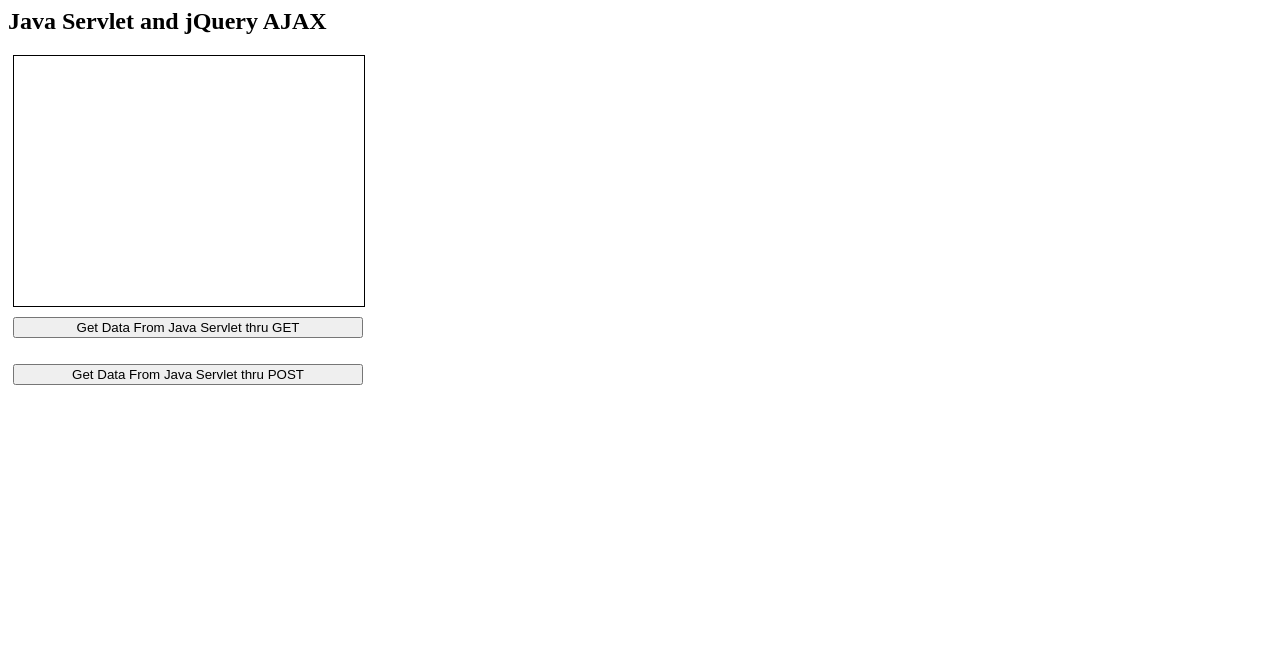
Repository: joliest/MyGits
Page: Java/Project_JIRA/JavaServletAndAJAX/WebContent/AJAXJava.html
These files come from the project's save history. The page is drawn as it stood at one moment and after the next save; the edit follows.
The browser window is 1280 px wide. The pictures show the whole page.
Some web libraries are served in a nearby version.

Above is the page before, as saved 2017-09-07 13:59:25.

After the next save:
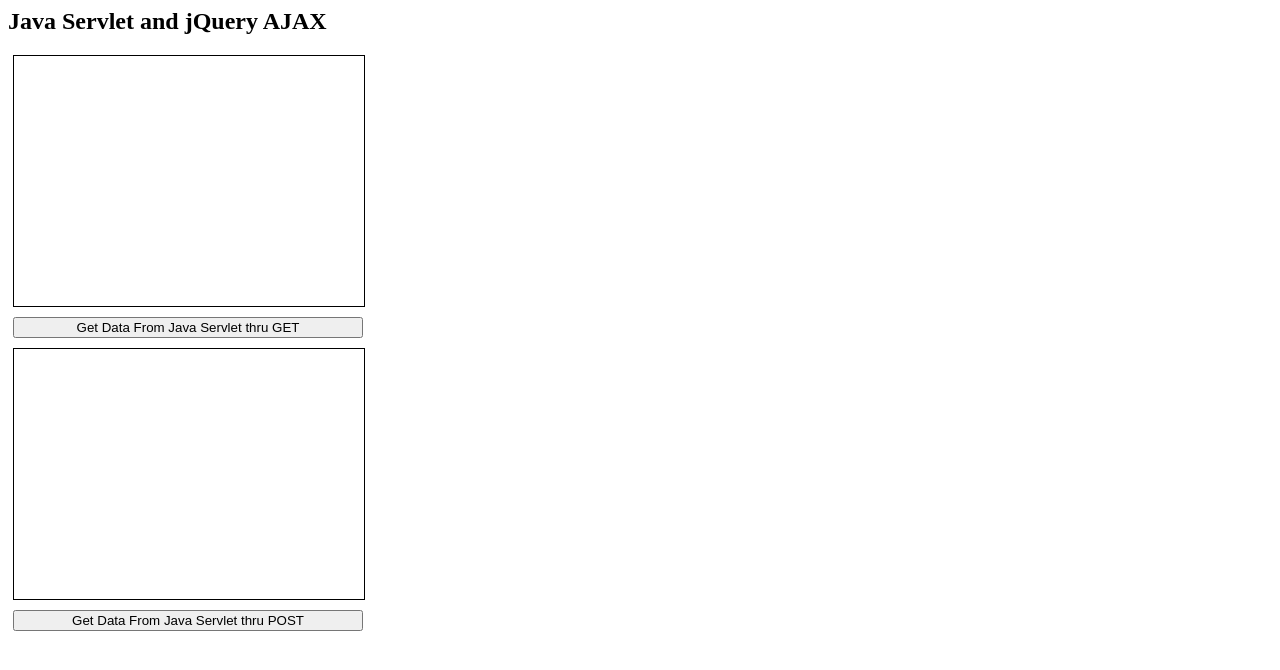
Saved 13 s later.
--- a/Java/Project_JIRA/JavaServletAndAJAX/WebContent/AJAXJava.html
+++ b/Java/Project_JIRA/JavaServletAndAJAX/WebContent/AJAXJava.html
@@ -4,7 +4,7 @@
 		<title>Java and jQuery AJAX</title>
 		<script src="https://ajax.googleapis.com/ajax/libs/jquery/3.2.1/jquery.min.js"></script>
 		<style>
-			#div1 {
+			div {
 				border : 1px solid black;
 				height : 250px;
 				width : 350px;
